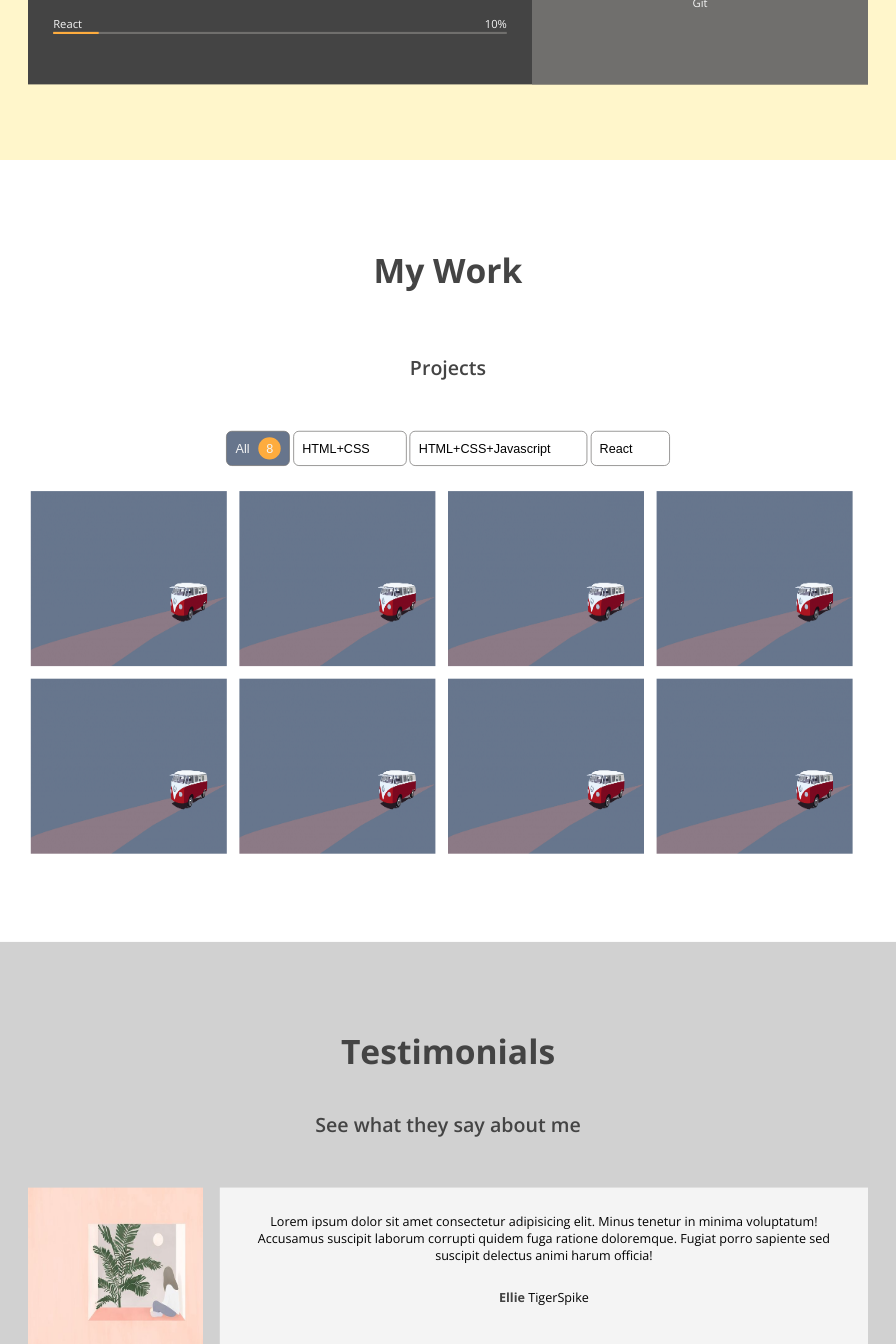
Repository: choi2021/portfolio-vanillaJS
Page: index.html
The author's editor kept a copy of each file at every save. The page is drawn from the files as they stood at one save, then again after the next save.
The browser window is 1280 px wide. The pictures show the part of the page from y = 2781 to 4701 px (the page is 5636 px tall), at 70% of full size.
Some web libraries are served in a nearby version.

Above is the page before, as saved 2022-01-09 13:59:34.

### index.html
<!DOCTYPE html>
<html lang="en">

<head>
  <meta charset="UTF-8">
  <meta http-equiv="X-UA-Compatible" content="IE=edge">
  <meta name="viewport" content="width=device-width, initial-scale=1.0">
  <title>Youngjun's Portfolio</title>
  <meta name="description" content="Front-end developer Youngjun">
  <meta name="author" content="Youngjun ">
  <link rel="icon" href="public/favicon.png" type="public/png">
  <link rel="stylesheet" href="style.css">
  <script src="main.js" defer></script>
  <script src="https://kit.fontawesome.com/a6a726722e.js" crossorigin="anonymous"></script>
  <link href="https://fonts.googleapis.com/css2?family=Open+Sans:wght@400;600;700&display=swap" rel="stylesheet">
</head>

<body>
  <!-- Navbar -->
  <nav class="navbar">
    <div class="navbar__logo">
      <img src="public/favicon.png" alt="logo">
      <a href="#">YOUNGJUN</a>
    </div>
    <ul class="navbar__menu">
      <li class="navbar__menu__item active" data-section=".home">Home</li>
      <li class="navbar__menu__item" data-section=".about">About</li>
      <li class="navbar__menu__item" data-section=".skills">Skills</li>
      <li class="navbar__menu__item" data-section=".work">My work</li>
      <li class="navbar__menu__item" data-section=".testimonials">Testimonial</li>
      <li class="navbar__menu__item" data-section=".contact">Contact</li>
    </ul>
    <button class="navbar__toggleBtn">
      <i class="fas fa-bars"></i>
    </button>
  </nav>
  <!-- Home -->
  <section class="home">
    <img class="home__avatar" src="public/profile.jpg" alt="home-img">
    <h1 class="title">Hello <br> I'm Yougnjun Choi</h1>
    <h3 class="description">매일 매일 부족한 걸 채워가는 프론트엔드 개발자</h3>
    <button class="home__contact">contact me</button>
  </section>
  <!-- About -->
  <section class="about section">
    <div class="section__container">
      <h1 class="title">About me</h1>
      <p class="description">Lorem ipsum dolor sit amet consectetur adipisicing elit. Quidem adipisci sint voluptate
        odit, molestias debitis aliquam nihil magni a corporis consectetur minus vero qui suscipit dolorum natus
        nesciunt
        expedita? Sit!</p>
      <ul class="about__stacks">
        <li class="stack">
          <div class="stack__icon">
            <i class="fab fa-html5"></i>
          </div>
          <div class="stack__title">Front-end basic</div>
          <div class="stack__description">HTML, CSS, Javascript</div>
        </li>
        <li class="stack">
          <div class="stack__icon">
            <i class="fab fa-react"></i>
          </div>
          <div class="stack__title">React</div>
          <div class="stack__description">Javascript Library</div>
        </li>
      </ul>
      <div class="about__experience">
        <img src="public/gist_logo.jpg" alt="">
        <div class="experience__description">
          <div class="experience__name">Undergraduate chemistry major</div>
          <div class="experience__term">2016 March - 2022 Feb</div>
        </div>
      </div>
    </div>
  </section>
  <!-- Skills -->
  <section class="skills section">
    <div class="section__container">
      <h1 class="title">Skills</h1>
      <h2 class="sub_title">Skills & Attributes</h2>
      <p class="description">Lorem ipsum dolor sit amet, consectetur adipisicing elit. Harum cupiditate magnam modi
        eius? Soluta,
        quidem sed dicta animi maiores nemo laudantium dolores aliquam, molestias suscipit id accusantium unde
        temporibus
        nostrum.</p>
      <div class="skillset">
        <div class="skillset__left">
          <h3 class="skillset__title">Skills</h3>
          <div class="skill">
            <div class="skill__description">
              <span class="description__name">HTML</span>
              <span class="description__figure">80%</span>
            </div>
            <div class="skill__bar">
              <div class="skill__value" style="width: 80%"></div>
            </div>
          </div>
          <div class="skill">
            <div class="skill__description">
              <span class="description__name">CSS</span>
              <span class="description__figure">60%</span>
            </div>
            <div class="skill__bar">
              <div class="skill__value" style="width: 60%"></div>
            </div>
          </div>
          <div class="skill">
            <div class="skill__description">
              <span class="description__name">Javascript</span>
              <span class="description__figure">40%</span>
            </div>
            <div class="skill__bar">
              <div class="skill__value" style="width: 40%"></div>
            </div>
          </div>
          <div class="skill">
            <div class="skill__description">
              <span class="description__name">React</span>
              <span class="description__figure">10%</span>
            </div>
            <div class="skill__bar">
              <div class="skill__value" style="width:10%"></div>
            </div>
          </div>
        </div>
        <div class="skillset__right">
          <section class="tools">
            <h3 class="tools__title">Tools</h3>
            <ul class="tools__list">
              <li>
                <span>Visual Studio</span>
              </li>
            </ul>
          </section>
          <section class="etc">
            <h3 class="skillset__title">Etc</h3>
            <ul class="etc__list">
              <li>
                <span>Git</span>
              </li>
            </ul>
          </section>
        </div>
      </div>
    </div>
  </section>
  <section class="work section">
    <div class="section__container">
      <h1 class="title">My Work</h1>
      <h2 class="description">Projects</h2>
      <div class="work__categories">
        <button class="category__btn active" data-value="all">
          All
          <span class="category__count">8</span>
        </button>
        <button class="category__btn" data-value="HTML+CSS">HTML+CSS<span class="category__count">3</span></button>
        <button class="category__btn" data-value="HTML+CSS+Javascript">HTML+CSS+Javascript<span
            class="category__count">3</span></button>
        <button class="category__btn" data-value="React">React<span class="category__count">2</span></button>
      </div>
      <div class="work__projects">
        <a href="#" class="project" data-value="HTML+CSS">
          <img src="public/background.jpg" alt="">
          <div class="project__description">
            <h3>Youtube UI</h3>
            <span>Clone coding with HTML and CSS</span>
          </div>
        </a>
        <a href="#" class="project" data-value="HTML+CSS">
          <img src="public/background.jpg" alt="">
          <div class="project__description">
            <h3>Youtube UI</h3>
            <span>Clone coding with HTML and CSS</span>
          </div>
        </a>
        <a href="#" class="project" data-value="HTML+CSS+Javascript">
          <img src="public/background.jpg" alt="">
          <div class="project__description">
            <h3>Youtube UI</h3>
            <span>Clone coding with HTML and CSS</span>
          </div>
        </a>
        <a href="#" class="project" data-value="HTML+CSS+Javascript">
          <img src="public/background.jpg" alt="">
          <div class="project__description">
            <h3>Youtube UI</h3>
            <span>Clone coding with HTML and CSS</span>
          </div>
        </a>
        <a href="#" class="project" data-value="HTML+CSS+Javascript">
          <img src="public/background.jpg" alt="">
          <div class="project__description">
            <h3>Youtube UI</h3>
            <span>Clone coding with HTML and CSS</span>
          </div>
        </a>
        <a href="#" class="project" data-value="React">
          <img src="public/background.jpg" alt="">
          <div class="project__description">
            <h3>Youtube UI</h3>
            <span>Clone coding with HTML and CSS</span>
          </div>
        </a>
        <a href="#" class="project" data-value="React">
          <img src="public/background.jpg" alt="">
          <div class="project__description">
            <h3>Youtube UI</h3>
            <span>Clone coding with HTML and CSS</span>
          </div>
        </a>
        <a href="#" class="project" data-value="React">
          <img src="public/background.jpg" alt="">
          <div class="project__description">
            <h3>Youtube UI</h3>
            <span>Clone coding with HTML and CSS</span>
          </div>
        </a>
      </div>
    </div>
  </section>
  <section class="testimonials section">
    <div class="section__container">
      <h1 class="title">Testimonials</h1>
      <h2 class="description">See what they say about me</h2>
      <div class="testimonialset">
        <div class="testimonial">
          <img class="testimonial__avatar" src="public/background2.jpg" alt="">
          <div class="testimonial__speech-bubble">
            <span>Lorem ipsum dolor sit amet consectetur adipisicing elit. Minus tenetur in minima voluptatum! Accusamus
              suscipit laborum corrupti quidem fuga ratione doloremque. Fugiat porro sapiente sed suscipit delectus
              animi
              harum officia!</span>
            <div class="name-and-company">
              <span class="name"><a href="#"> Ellie</a></span>
              <span class="companay">TigerSpike</span>
            </div>
          </div>
        </div>
        <div class="testimonial">
          <div class="section__container"></div>
          <div class="testimonial__speech-bubble">
            <span>Lorem ipsum dolor sit amet consectetur adipisicing elit. Minus tenetur in minima voluptatum! Accusamus
              suscipit laborum corrupti quidem fuga ratione doloremque. Fugiat porro sapiente sed suscipit delectus
              animi
              harum officia!</span>
            <div class="name-and-company">
              <span class="name"><a href="#"> Ellie</a></span>
              <span class="companay">TigerSpike</span>
            </div>
          </div>
          <img class="testimonial__avatar" src="public/background2.jpg" alt="">
        </div>
      </div>
    </div>

  </section>
  <section class="contact section">
    <h1 class="title">Let's Talk</h1>
    <h2 class="contact__email">juni2004c@gmail.com</h2>
    <div class="contact__links">
      <a href="#">
        <i class="fab fa-github"></i>
      </a>
    </div>
    <p class="contact__rights">2022 Youngjun Choi- All rights reserved</p>
  </section>
  <button class="upBtn">
    <i class="far fa-hand-pointer"></i>
  </button>
</body>

</html>

Loaded but not shown: main.js (95 lines, source omitted); style.css (683 lines, source omitted)

After the next save:
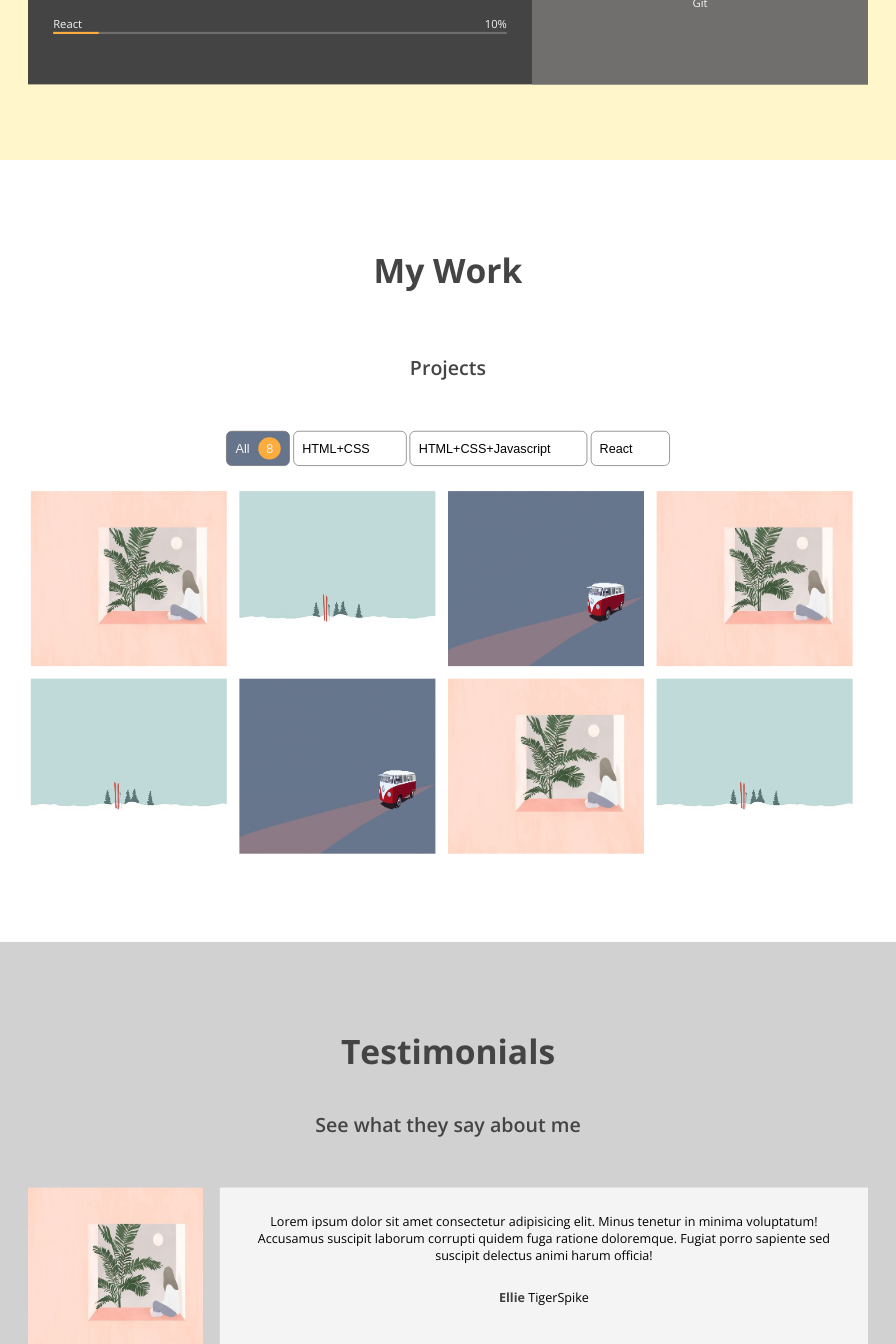
Saved 58 s later.
--- a/index.html
+++ b/index.html
@@ -161,14 +161,14 @@
       </div>
       <div class="work__projects">
         <a href="#" class="project" data-value="HTML+CSS">
-          <img src="public/background.jpg" alt="">
+          <img src="public/background2.jpg" alt="">
           <div class="project__description">
             <h3>Youtube UI</h3>
             <span>Clone coding with HTML and CSS</span>
           </div>
         </a>
         <a href="#" class="project" data-value="HTML+CSS">
-          <img src="public/background.jpg" alt="">
+          <img src="public/background3.jpg" alt="">
           <div class="project__description">
             <h3>Youtube UI</h3>
             <span>Clone coding with HTML and CSS</span>
@@ -182,14 +182,14 @@
           </div>
         </a>
         <a href="#" class="project" data-value="HTML+CSS+Javascript">
-          <img src="public/background.jpg" alt="">
+          <img src="public/background2.jpg" alt="">
           <div class="project__description">
             <h3>Youtube UI</h3>
             <span>Clone coding with HTML and CSS</span>
           </div>
         </a>
         <a href="#" class="project" data-value="HTML+CSS+Javascript">
-          <img src="public/background.jpg" alt="">
+          <img src="public/background3.jpg" alt="">
           <div class="project__description">
             <h3>Youtube UI</h3>
             <span>Clone coding with HTML and CSS</span>
@@ -203,14 +203,14 @@
           </div>
         </a>
         <a href="#" class="project" data-value="React">
-          <img src="public/background.jpg" alt="">
+          <img src="public/background2.jpg" alt="">
           <div class="project__description">
             <h3>Youtube UI</h3>
             <span>Clone coding with HTML and CSS</span>
           </div>
         </a>
         <a href="#" class="project" data-value="React">
-          <img src="public/background.jpg" alt="">
+          <img src="public/background3.jpg" alt="">
           <div class="project__description">
             <h3>Youtube UI</h3>
             <span>Clone coding with HTML and CSS</span>
